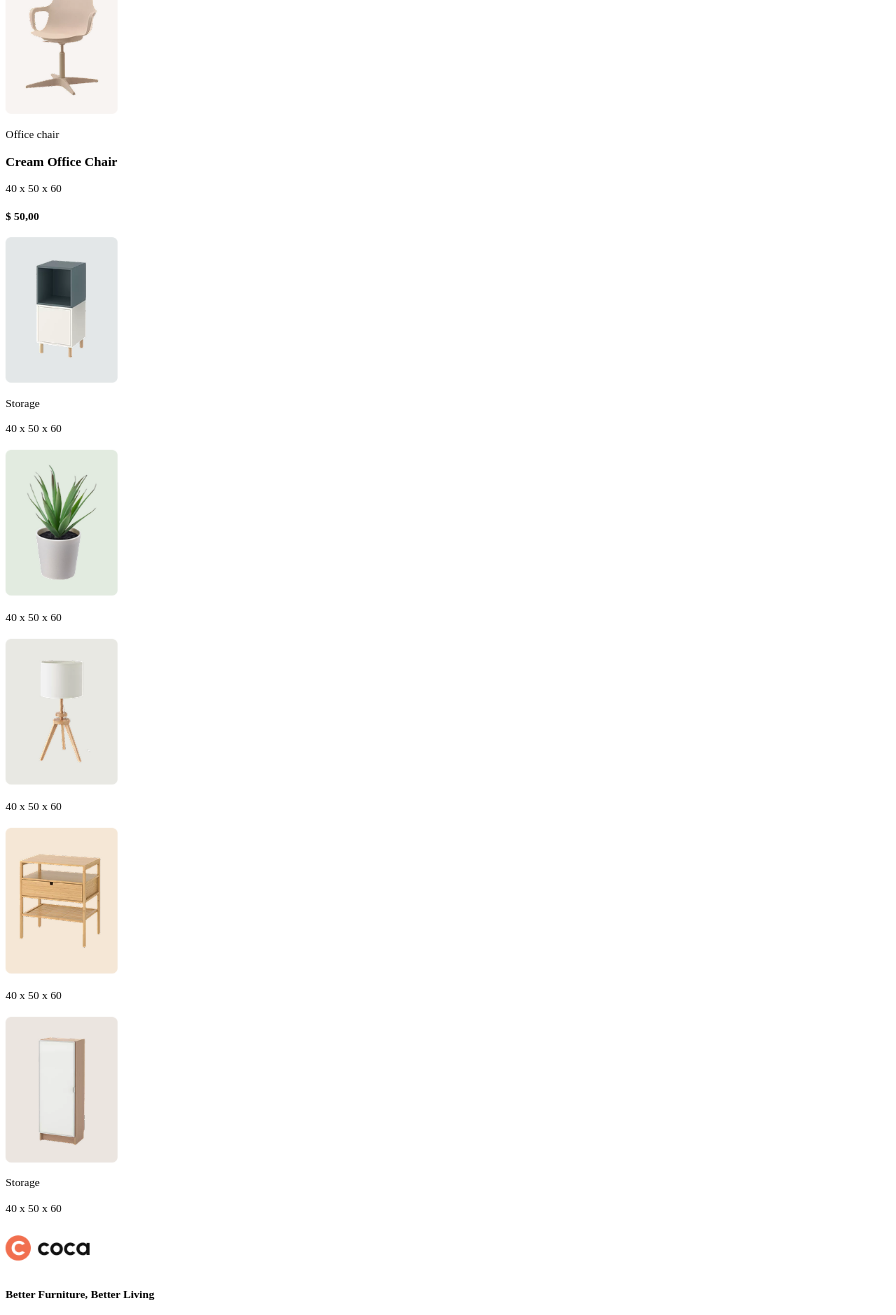
Repository: MatheusEich15/FrontEnd
Page: Prova 1 FrontEnd/Prova 1 FrontEnd/index.html
An editor plug-in stored every save of this project. The page is shown before and after the next save, followed by the edit.
The browser window is 1280 px wide. The pictures show the part of the page from y = 1274 to 3194 px (the page is 3153 px tall before and 3194 px after), at 70% of full size.

Above is the page before, as saved 2026-03-12 09:57:12.

After the next save:
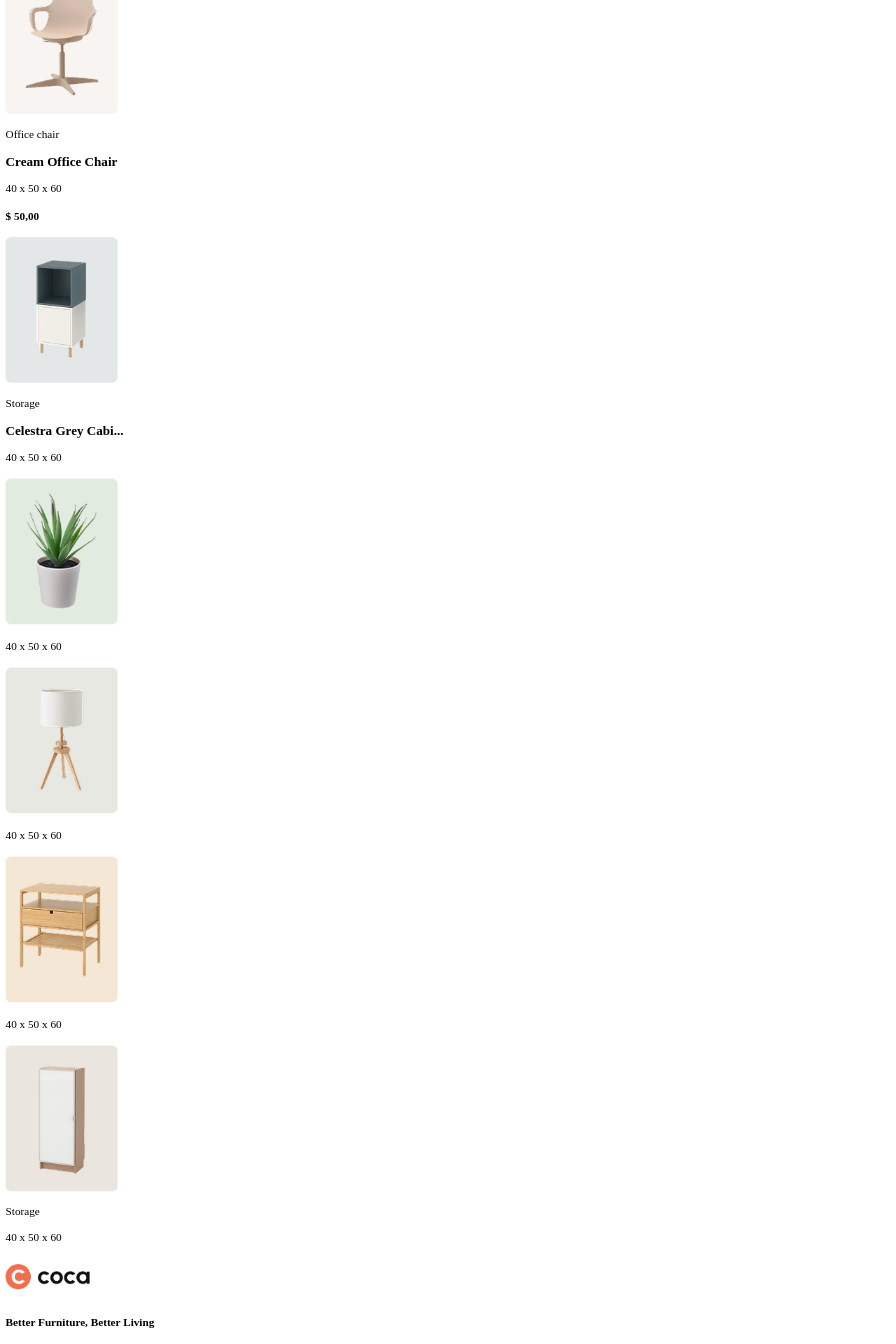
Saved 2 min 42 s later.
--- a/Prova 1 FrontEnd/Prova 1 FrontEnd/index.html
+++ b/Prova 1 FrontEnd/Prova 1 FrontEnd/index.html
@@ -108,7 +108,7 @@
                 <div class="product-item">
                     <img src="./assets/images/Products images/Celestra Grey Cabi.png" alt="Armário Pequeno Cor Cinza e Branco">
                     <p>Storage</p>
-                    <h3></h3>
+                    <h3>Celestra Grey Cabi...</h3>
                     <p>40 x 50 x 60</p>
                     <h4></h4>
                 </div>
